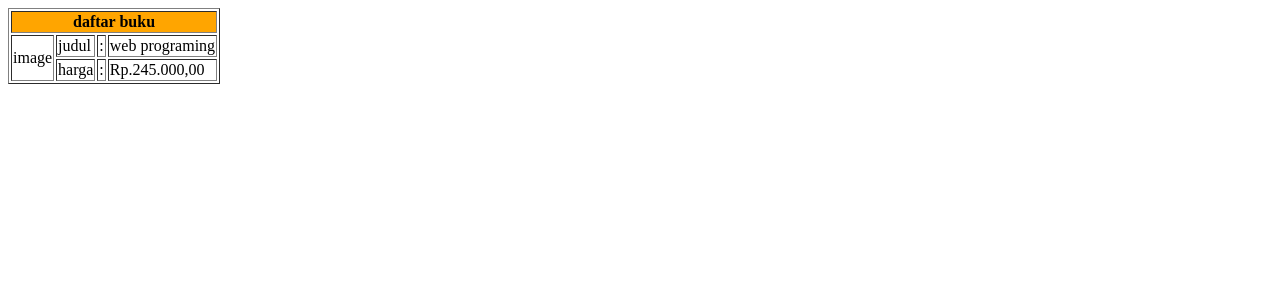
Repository: Tepen-com/challenge_24.11.6121_p4
Page: index.html
The author's editor kept a copy of each file at every save. The page is drawn from the files as they stood at one save, then again after the next save.
The browser window is 1280 px wide. The pictures show the whole page.

Above is the page before, as saved 2026-04-20 10:43:41.

### index.html
<!DOCTYPE html>
<html lang="eng">
    <head>
        <meta charset="UTF-8">
        <meta name="viewport" content="width=device-width , initiave">
        <title>p1
        </title>

    </head>
    <body>
        <table border="1">
            <tr>
                <th colspan="4" bgcolor="orange"> daftar buku</th>
            </tr>
            <tr>
                <td rowspan="3"> image
                </td>
                <td>
                    judul
                </td>
                <td>
                    :
                </td>
                <td>
                    web programing
                </td>
            </tr>
            <tr>
                <td>harga</td>
                <td>:</td>
                <td>Rp.245.000,00</td>
            </tr>

        </table>

    </body>


</html>

After the next save:
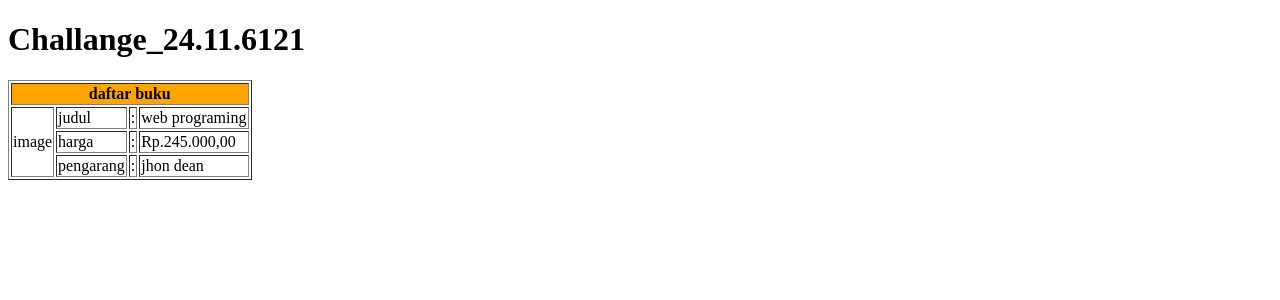
Saved 3 min 51 s later.
--- a/index.html
+++ b/index.html
@@ -8,12 +8,13 @@
 
     </head>
     <body>
+        <h1>Challange_24.11.6121</h1>
         <table border="1">
             <tr>
                 <th colspan="4" bgcolor="orange"> daftar buku</th>
             </tr>
             <tr>
-                <td rowspan="3"> image
+                <td rowspan="4"> image
                 </td>
                 <td>
                     judul
@@ -30,7 +31,11 @@
                 <td>:</td>
                 <td>Rp.245.000,00</td>
             </tr>
-
+            <tr>
+                <td>pengarang</td>
+                <td>:</td>
+                <td>jhon dean</td>
+            </tr>
         </table>
 
     </body>
